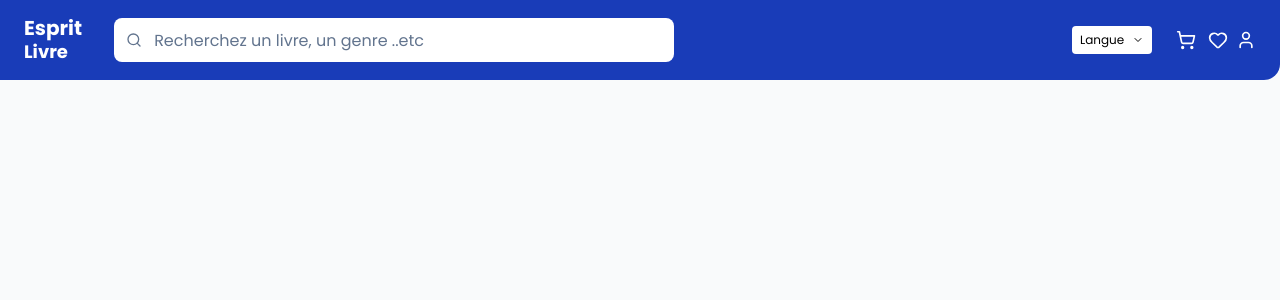
Repository: oussamabenberkane/esprit-livre-front
Page: /
An editor plug-in stored every save of this project. The page is shown before and after the next save, followed by the edit.
The browser window is 1280 px wide. The pictures show the whole page.
The project was rebuilt for these pictures with package versions that can differ from the ones it lists, and the page was loaded fresh each time. Also part of the build but not shown: vite.config.js.

Above is the page before, as saved 2025-09-25 18:54:48.

### index.html
<!doctype html>
<html lang="en">
  <head>
    <meta charset="UTF-8" />
    <link rel="icon" type="image/svg+xml" href="/vite.svg" />
    <meta name="viewport" content="width=device-width, initial-scale=1.0" />
    <title>espritlivrefront</title>
  </head>
  <body>
    <div id="root"></div>
    <script type="module" src="/src/main.jsx"></script>
  </body>
</html>

### src/index.css
@import url('https://fonts.googleapis.com/css2?family=Poppins:wght@300;400;500;600;700&display=swap');
@import "tailwindcss";

:root {
  font-family: 'Poppins', system-ui, Avenir, Helvetica, Arial, sans-serif;
  line-height: 1.5;
  font-weight: 400;

  color-scheme: light dark;
  color: rgba(255, 255, 255, 0.87);
  background-color: #242424;

  font-synthesis: none;
  text-rendering: optimizeLegibility;
  -webkit-font-smoothing: antialiased;
  -moz-osx-font-smoothing: grayscale;
}

a {
  font-weight: 500;
  color: #646cff;
  text-decoration: inherit;
}

a:hover {
  color: #535bf2;
}

body {
  margin: 0;
  display: flex;
  place-items: center;
  min-width: 320px;
  min-height: 100vh;
}

h1 {
  font-size: 3.2em;
  line-height: 1.1;
}

button {
  border-radius: 8px;
  border: 1px solid transparent;
  padding: 0.6em 1.2em;
  font-size: 1em;
  font-weight: 500;
  font-family: inherit;
  background-color: #1a1a1a;
  cursor: pointer;
  transition: border-color 0.25s;
}

button:hover {
  border-color: #646cff;
}

button:focus,
button:focus-visible {
  outline: 4px auto -webkit-focus-ring-color;
}

@media (prefers-color-scheme: light) {
  :root {
    color: #213547;
    background-color: #ffffff;
  }

  a:hover {
    color: #747bff;
  }

  button {
    background-color: #f9f9f9;
  }
}

### src/App.jsx
import Navbar from './components/common/navbar';

function App() {
  return (
    <div className="min-h-screen min-w-screen bg-gray-50">
      <Navbar />
      {/* Reste de votre contenu */}
    </div>
  );
}

export default App;

### src/components/common/navbar.jsx
import { Search, ChevronDown, ShoppingCart, Heart, User } from 'lucide-react';

// Logo Component
const Logo = () => (
    <div className="flex flex-col text-white">
        <div className="text-xl font-bold leading-tight">Esprit</div>
        <div className="text-lg font-bold leading-tight">Livre</div>
    </div>
);

// Search Bar Component
const SearchBar = ({ placeholder = "Recherchez un livre, un genre ..etc", onSearch }) => (
    <div className="relative bg-white rounded-lg h-11 w-140 flex items-center">
        <div className="absolute left-3 w-4 h-4 text-slate-500">
            <Search className="w-full h-full" />
        </div>
        <input
            type="text"
            placeholder={placeholder}
            onChange={onSearch}
            className="w-full h-full pl-10 pr-4 text-md text-slate-500 bg-transparent border-none outline-none placeholder:text-slate-500"
        />
    </div>
);

// Language Selector Component
const LanguageSelector = ({ onLanguageChange }) => (
    <div
        className="relative bg-white rounded h-7 w-20 flex items-center cursor-pointer hover:bg-gray-50 transition-colors"
        onClick={onLanguageChange}
    >
        <span className="text-xs text-black ml-2">Langue</span>
        <div className="absolute right-2 w-3 h-3 text-black">
            <ChevronDown className="w-full h-full" />
        </div>
    </div>
);

// User Actions Component
const UserActions = ({ cartCount = 0, onCartClick, onFavoritesClick, onUserClick }) => (
    <div className="flex items-center gap-1">
        {/* Cart with notification */}
        <div className="relative cursor-pointer hover:opacity-80 transition-opacity" onClick={onCartClick}>
            <div className="w-5 h-5 text-white">
                <ShoppingCart className="w-full h-full" />
            </div>
            {cartCount > 0 && (
                <div className="absolute -top-1 -right-1 w-3 h-3 bg-red-500 rounded-full flex items-center justify-center">
                    <span className="text-xs text-white font-black leading-none">{cartCount}</span>
                </div>
            )}
        </div>

        {/* Favorites */}
        <div
            className="w-5 h-5 ml-2 text-white cursor-pointer hover:opacity-80 transition-opacity"
            onClick={onFavoritesClick}
        >
            <Heart className="w-full h-full" />
        </div>

        {/* User Account */}
        <div
            className="w-5 h-5 ml-1 text-white cursor-pointer hover:opacity-80 transition-opacity"
            onClick={onUserClick}
        >
            <User className="w-full h-full" />
        </div>
    </div>
);

// Main Navbar Component
const Navbar = ({
    searchPlaceholder,
    cartCount,
    onSearch,
    onLanguageChange,
    onCartClick,
    onFavoritesClick,
    onUserClick
}) => (
    <div className="w-full bg-blue-800 rounded-br-2xl px-6 py-3 h-20">
        <div className="flex items-center w-full h-full">
            {/* Logo */}
            <div className="flex-shrink-0">
                <Logo />
            </div>

            {/* Search Bar */}
            <div className="flex-shrink-0 ml-8">
                <SearchBar placeholder={searchPlaceholder} onSearch={onSearch} />
            </div>

            {/* Spacer */}
            <div className="flex-1"></div>

            {/* Language Selector */}
            <div className="flex-shrink-0 mr-6">
                <LanguageSelector onLanguageChange={onLanguageChange} />
            </div>

            {/* User Actions */}
            <div className="flex-shrink-0">
                <UserActions
                    cartCount={cartCount}
                    onCartClick={onCartClick}
                    onFavoritesClick={onFavoritesClick}
                    onUserClick={onUserClick}
                />
            </div>
        </div>
    </div>
);

// Demo usage
export default function App() {
    const handleSearch = (e) => {
        console.log('Search:', e.target.value);
    };

    const handleLanguageChange = () => {
        console.log('Language selector clicked');
    };

    const handleCartClick = () => {
        console.log('Cart clicked');
    };

    const handleFavoritesClick = () => {
        console.log('Favorites clicked');
    };

    const handleUserClick = () => {
        console.log('User account clicked');
    };

    return (
        <Navbar
            cartCount={0}
            onSearch={handleSearch}
            onLanguageChange={handleLanguageChange}
            onCartClick={handleCartClick}
            onFavoritesClick={handleFavoritesClick}
            onUserClick={handleUserClick}
        />
    );
}

Loaded but not shown: src/main.jsx (common file)

After the next save:
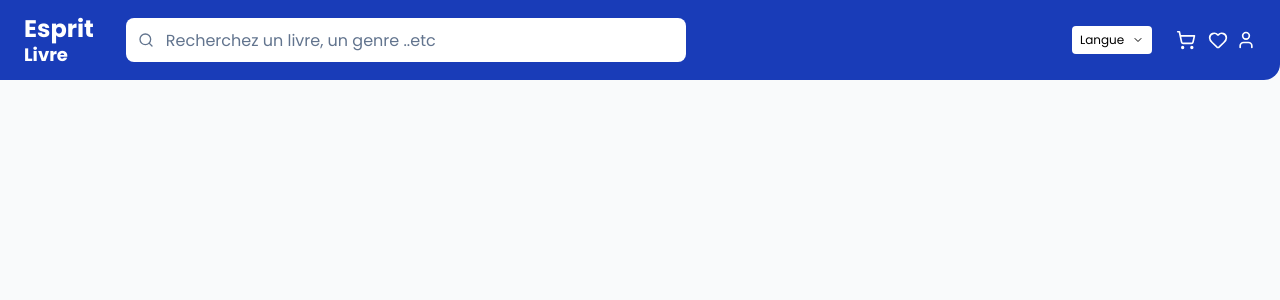
Saved 81 s later.
--- a/src/components/common/navbar.jsx
+++ b/src/components/common/navbar.jsx
@@ -3,7 +3,7 @@ import { Search, ChevronDown, ShoppingCart, Heart, User } from 'lucide-react';
 // Logo Component
 const Logo = () => (
     <div className="flex flex-col text-white">
-        <div className="text-xl font-bold leading-tight">Esprit</div>
+        <div className="text-2xl font-bold leading-tight">Esprit</div>
         <div className="text-lg font-bold leading-tight">Livre</div>
     </div>
 );
